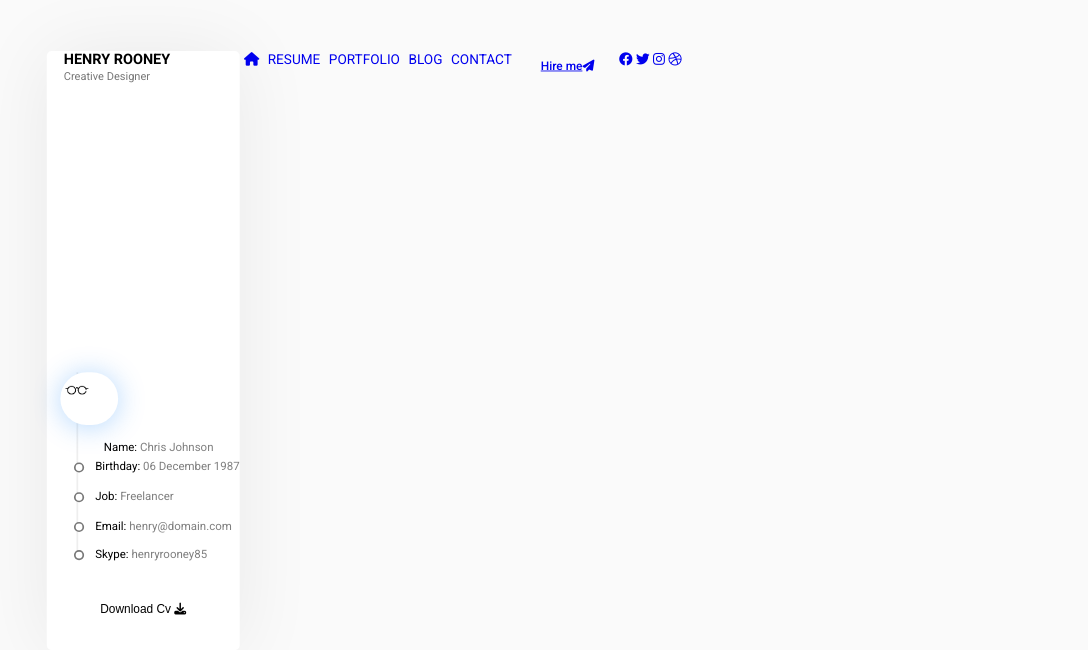
Repository: Lehuyhuynh/mat
Page: index.html
An editor plug-in stored every save of this project. The page is shown before and after the next save, followed by the edit.
The browser window is 1280 px wide. The pictures show the whole page, at 85% of full size.

Above is the page before, as saved 2023-04-12 14:08:12.

After the next save:
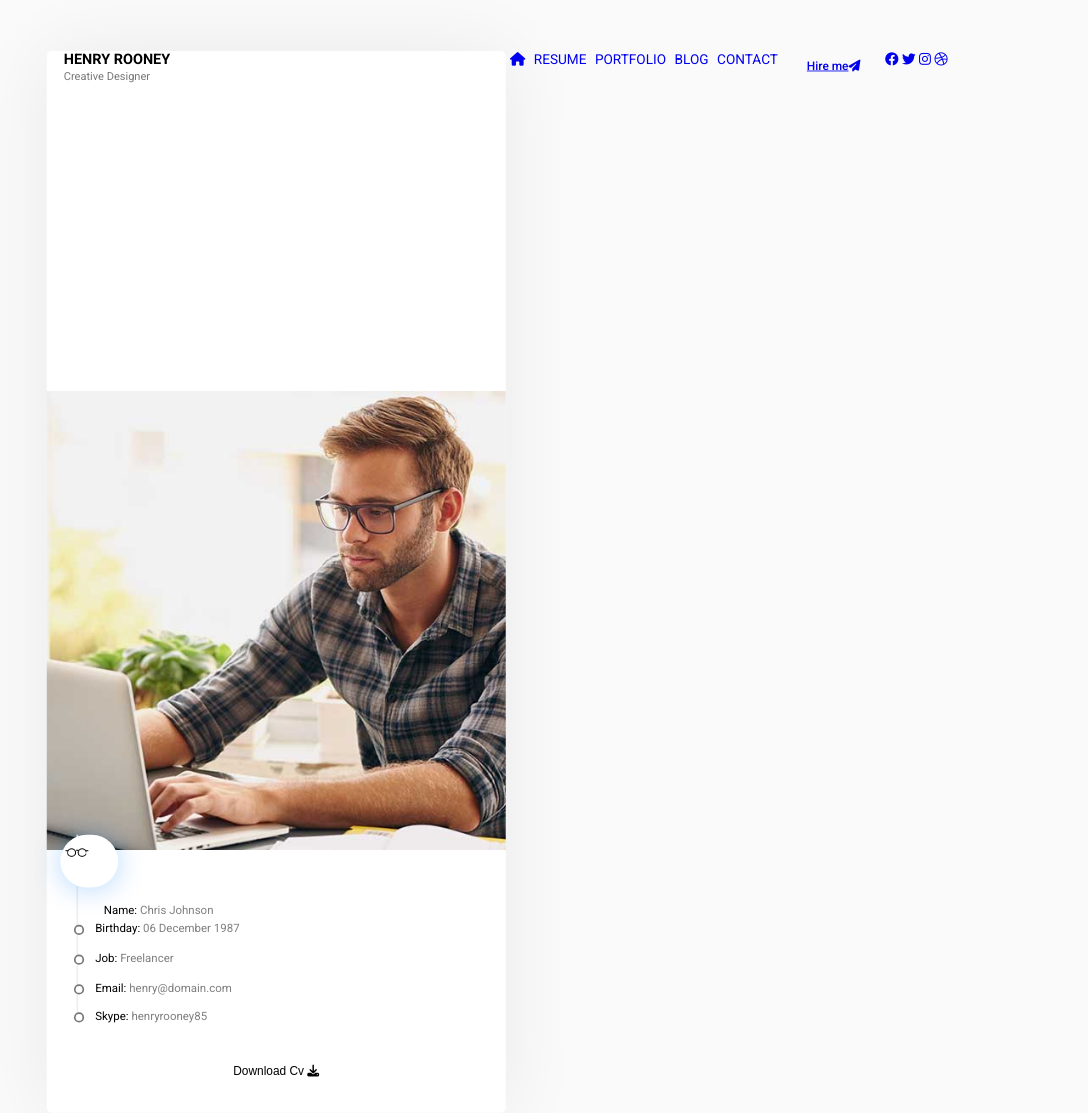
Saved 18 s later.
--- a/index.html
+++ b/index.html
@@ -40,7 +40,7 @@
 
                     </div>
 
-                    <figure class="profile-img" <img src="img/profile.jpg" alt="#"> </figure>
+                    <figure class="profile-img"></figure> <img src="img/profile.jpg" alt="#"> </figure>
 
 
                      <ul class="profile-information">
